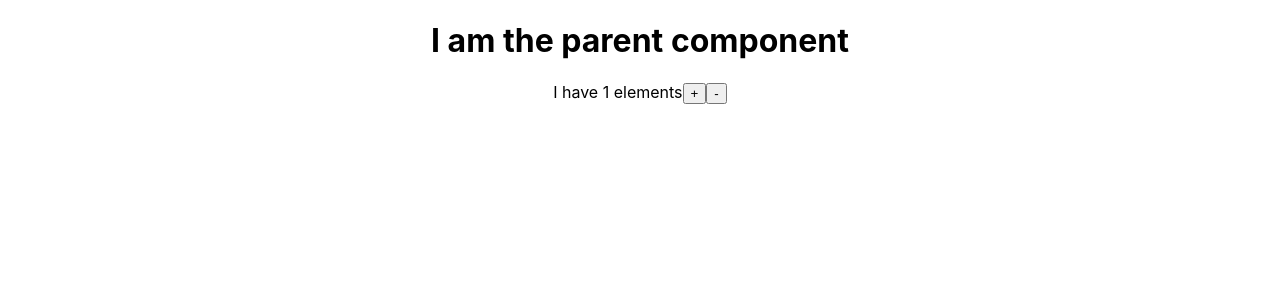
Repository: rajascript/simple-redux
Page: /
The author's editor kept a copy of each file at every save. The page is drawn from the files as they stood at one save, then again after a run of saves.
The browser window is 1280 px wide. The pictures show the whole page.
The project was rebuilt for these pictures with package versions that can differ from the ones it lists, and the page was loaded fresh each time.

Above is the page before, as saved 2020-05-26 10:02:52.

After the next 2 saves:
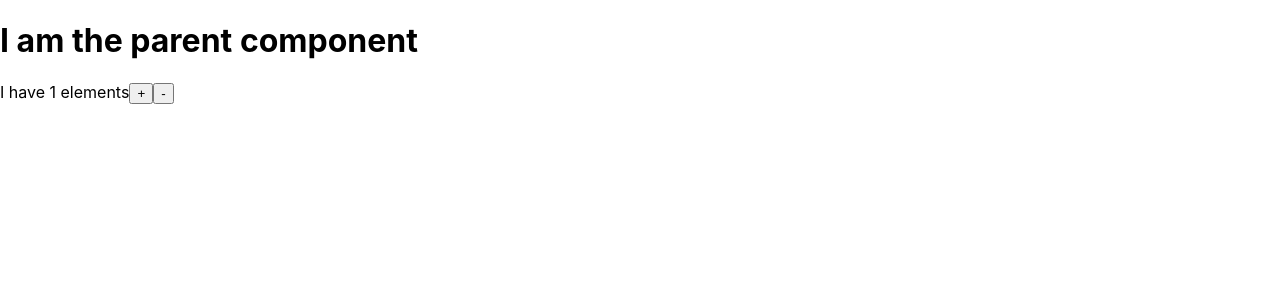
The 2 saves are shown as one change because they came seconds apart.
The last was saved 6 s later.
--- a/src/App.js
+++ b/src/App.js
@@ -1,5 +1,4 @@
 import React from "react";
-import "./App.css";
 
 class App extends React.Component {
   constructor(props) {
